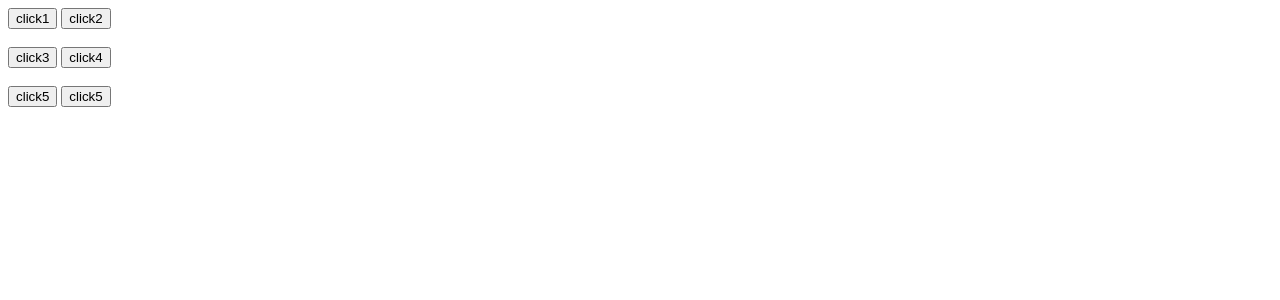
Repository: Jeong43/WebStudy
Page: JsonApp/WebContent/JsonTest08.html
An editor plug-in stored every save of this project. The page is shown before and after the next save, followed by the edit.
The browser window is 1280 px wide. The pictures show the whole page.

Above is the page before, as saved 2021-12-09 02:20:10.

### JsonApp/WebContent/JsonTest08.html
<!DOCTYPE html>
<html>
<head>
<meta charset="UTF-8">
<title>JsonTest08.html</title>
<script type="text/javascript">

	var myJsonObj8 =
	{
		"test" :
		[
			"ccc", "ddd"
		]
		, "exam" :
		[
			"kkk", "ppp"
		]
	}

	/*
	var myJsonObj8 = { "test" : ["ccc", "ddd"]
					 , "exam" : ["kkk", "ppp"] }
	*/

</script>
</head>
<body>

<form action="">
	<input type="button" value="click1" onclick="alert(myJsonObj8)" />
	<!-- [object Object] -->

	<input type="button" value="click2" onclick="alert(typeof myJsonObj8)" />
	<!-- object -->

	<br /><br />

	<input type="button" value="click3" onclick="alert(myJsonObj8.test)" />
	<!-- ccc,ddd (→ 더미 데이터) -->

	<input type="button" value="click4" onclick="alert(typeof myJsonObj8.test)" />
	<!-- object -->

	<br /><br />

	<input type="button" value="click5" onclick="alert(myJsonObj8.test[0])" />
	<input type="button" value="click5" onclick="alert(typeof myJsonObj8.test[0])" />


</form>

</body>
</html>

After the next save:
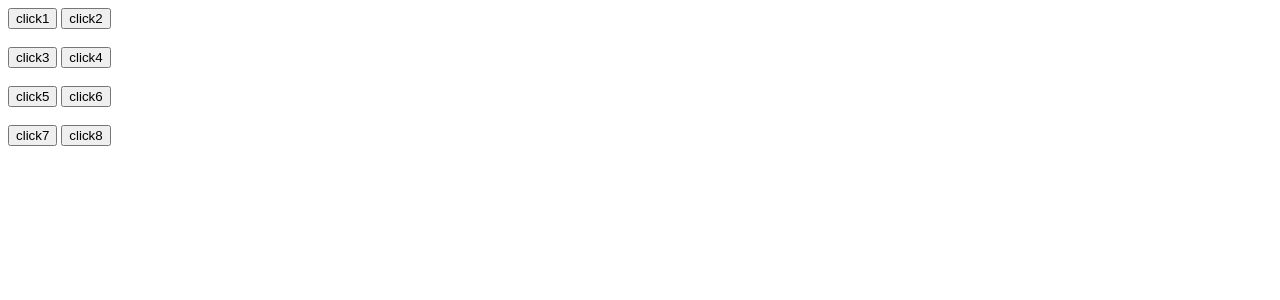
Saved 119 s later.
--- a/JsonApp/WebContent/JsonTest08.html
+++ b/JsonApp/WebContent/JsonTest08.html
@@ -44,7 +44,21 @@
 	<br /><br />
 
 	<input type="button" value="click5" onclick="alert(myJsonObj8.test[0])" />
-	<input type="button" value="click5" onclick="alert(typeof myJsonObj8.test[0])" />
+	<!-- ccc -->
+
+	<input type="button" value="click6" onclick="alert(typeof myJsonObj8.test[0])" />
+	<!-- string -->
+
+	<br><br>
+
+	<!-- ※ 객체 구조상 2차원 배열의 형태로 볼 수 있지만
+	        다음과 같은 접근이나 처리는 불가능하다. 		-->
+
+	<!-- ccc -->
+	<input type="button" value="click7" onclick="alert(typeof myJsonObj8.test[0][0])" />
+	<!-- → X -->
+	<input type="button" value="click8" onclick="alert(typeof myJsonObj8.test[1][1])" />
+	<!-- → X -->
 
 
 </form>
